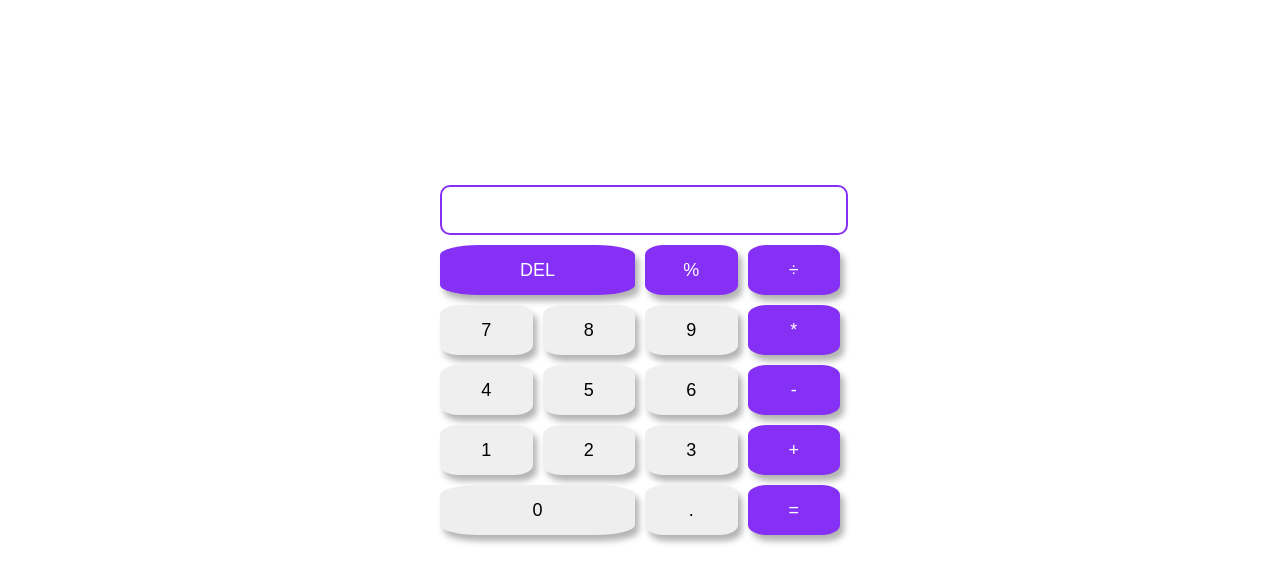
Repository: zlazlazla35/calculator
Page: /
These files come from the project's save history. The page is drawn as it stood at one moment and after the next save; the edit follows.
The browser window is 1280 px wide. The pictures show the whole page.
The project was rebuilt for these pictures with package versions that can differ from the ones it lists, and the page was loaded fresh each time.

Above is the page before, as saved 2024-10-15 16:12:14.

After the next save:
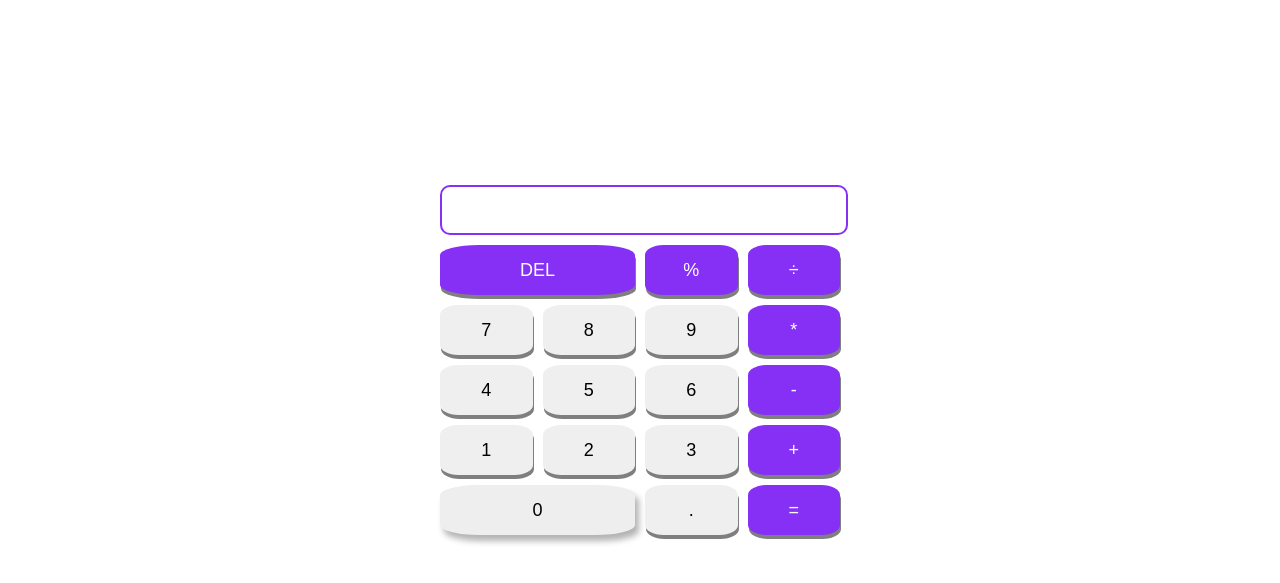
Saved 4 s later.
--- a/src/App.js
+++ b/src/App.js
@@ -25,7 +25,7 @@ let Btn = styled.button`
   border-radius: 20%;
   height : 50px;
   border: none;
-  box-shadow: 4px 6px 6px rgba(0, 0, 0, 0.3);
+box-shadow: 1px 4px 0 rgb(0,0,0,0.5);
   transition-duration: 0.3s;
 `
 
